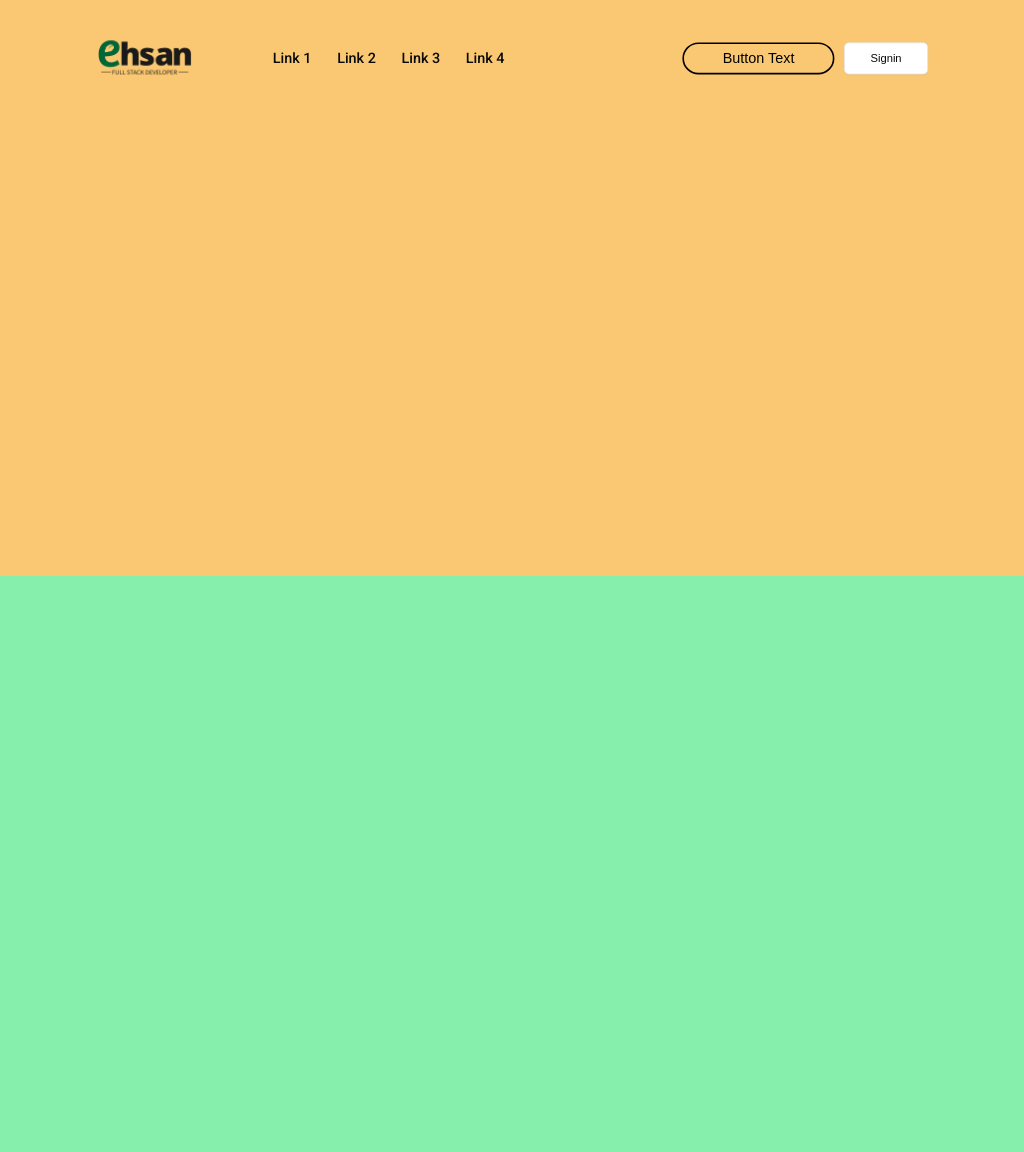
Repository: FrontendProjectsNL/mijn-portfolio-project
Page: /exercise
These files come from the project's save history. The page is drawn as it stood at one moment and after the next save; the edit follows.
The browser window is 1280 px wide. The pictures show the whole page, at 80% of full size.
The project was rebuilt for these pictures with package versions that can differ from the ones it lists, and the page was loaded fresh each time. The framework's server and built-in components were replaced by stand-ins that run in the browser. Also part of the build but not shown: next.config.mjs.

Above is the page before, as saved 2024-10-25 13:02:25.

### app/layout.tsx
import type { Metadata } from 'next';
import localFont from 'next/font/local';

import { Roboto, Fira_Code, HelveticaNowDisplay } from 'next/font/google';

import './globals.css';

const geistSans = localFont({
  src: './fonts/GeistVF.woff',
  variable: '--font-geist-sans',
  weight: '100 900',
});
const geistMono = localFont({
  src: './fonts/GeistMonoVF.woff',
  variable: '--font-geist-mono',
  weight: '100 900',
});

const roboto = Roboto({
  subsets: ['latin'],
  weight: ['300', '400', '500', '700'],
  variable: '--font-roboto',
});

const firaCode = Fira_Code({
  subsets: ['latin'],
  weight: ['300', '400', '500', '700'],
  variable: '--font-fira-code',
});

export const metadata: Metadata = {
  title: 'Create Next App',
  description: 'Generated by create next app',
};

export default function RootLayout({
  children,
}: Readonly<{
  children: React.ReactNode;
}>) {
  return (
    <html lang="en">
      <body
        className={`${roboto.variable} ${firaCode.variable} ${geistSans.variable} ${geistMono.variable} antialiased`}
      >
        {children}
      </body>
    </html>
  );
}

### app/exercise/page.tsx
'use client';

import Image from 'next/image';
import Link from 'next/link';
import { useEffect, useState } from 'react';
import logo from '/public/EhsanLogo-transparent.png';
import { Button } from '@/components/ui/button';

interface PageProps {}

const Page: React.FC<PageProps> = () => {
  const [isShrunk, setIsShrunk] = useState<boolean>(false);

  useEffect(() => {
    const handleScroll = () => {
      if (window.scrollY > 70) {
        setIsShrunk(true);
      } else {
        setIsShrunk(false);
      }
    };

    window.addEventListener('scroll', handleScroll);

    return () => {
      window.removeEventListener('scroll', handleScroll);
    };
  }, []);

  return (
    // <div className="max-w-8xl w-full font-roboto mx-auto">
    <div className="">
      <nav
        className={`px-14 fixed transition-all duration-300 ease-linear bg-[#FAC872] flex justify-between items-center ${
          isShrunk
            ? 'h-[75px] w-[60%] rounded-3xl mx-auto top-5'
            : 'h-[90px] w-[90%] opacity-100 top-7'
        }`}
        style={{
          left: '50%',
          transform: 'translateX(-50%)', // Center horizontally
        }}
      >
        <div className="flex items-center ">
          <Link href={'/'} className="font-medium text-lg mr-20">
            <Image src={logo} width={125} height={50} />
          </Link>
          <ul className="flex">
            <li>
              <Link
                href=""
                className="px-4 py-2 cursor text-lg font-medium font-roboto"
              >
                Link 1
              </Link>
            </li>
            <li>
              <Link
                href=""
                className="px-4 py-2 cursor text-lg font-medium font-roboto"
              >
                Link 2
              </Link>
            </li>
            <li>
              <Link
                href=""
                className="px-4 py-2 cursor text-lg font-medium font-roboto"
              >
                Link 3
              </Link>
            </li>
            <li>
              <Link
                href=""
                className="px-4 py-2 cursor text-lg font-medium font-roboto"
              >
                Link 4
              </Link>
            </li>
          </ul>
        </div>
        <div className="flex gap-3">
          <button className="group relative inline-flex items-center overflow-hidden rounded-full border-2 border-black px-12  text-lg font-medium text-black hover:bg-gray-50 hover:text-white">
            <span className="duration-400 ease absolute left-0 top-1/2 block h-0 w-full bg-fuchsia-800 opacity-100 transition-all group-hover:top-0 group-hover:h-full"></span>
            <span className="ease absolute right-0 flex h-10 w-10 translate-x-full transform items-center justify-start duration-500 group-hover:-translate-x-2">
              <svg
                className="h-5 w-5"
                fill="none"
                stroke="currentColor"
                viewBox="0 0 24 24"
                xmlns="http://www.w3.org/2000/svg"
              >
                <path
                  stroke-linecap="round"
                  stroke-linejoin="round"
                  stroke-width="2"
                  d="M14 5l7 7m0 0l-7 7m7-7H3"
                ></path>
              </svg>
            </span>
            <span className="relative transform duration-700 group-hover:-translate-x-3">
              Button Text
            </span>
          </button>

          <Button size={'lg'} variant={'outline'}>
            Signin
          </Button>
        </div>
      </nav>

      <section className="w-full h-screen bg-[#FAC872]"></section>
      <section className="w-full h-screen bg-green-300"></section>
    </div>
  );
};

export default Page;

### app/globals.css
@tailwind base;
@tailwind components;
@tailwind utilities;

body {
  font-family: Arial, Helvetica, sans-serif;
}

@layer utilities {
  .text-balance {
    text-wrap: balance;
  }
}

@layer base {
  :root {
    --background: 0 0% 100%;
    --foreground: 0 0% 3.9%;
    --card: 0 0% 100%;
    --card-foreground: 0 0% 3.9%;
    --popover: 0 0% 100%;
    --popover-foreground: 0 0% 3.9%;
    --primary: 0 0% 9%;
    --primary-foreground: 0 0% 98%;
    --secondary: 0 0% 96.1%;
    --secondary-foreground: 0 0% 9%;
    --muted: 0 0% 96.1%;
    --muted-foreground: 0 0% 45.1%;
    --accent: 0 0% 96.1%;
    --accent-foreground: 0 0% 9%;
    --destructive: 0 84.2% 60.2%;
    --destructive-foreground: 0 0% 98%;
    --border: 0 0% 89.8%;
    --input: 0 0% 89.8%;
    --ring: 0 0% 3.9%;
    --chart-1: 12 76% 61%;
    --chart-2: 173 58% 39%;
    --chart-3: 197 37% 24%;
    --chart-4: 43 74% 66%;
    --chart-5: 27 87% 67%;
    --radius: 0.5rem;
  }
  .dark {
    --background: 0 0% 3.9%;
    --foreground: 0 0% 98%;
    --card: 0 0% 3.9%;
    --card-foreground: 0 0% 98%;
    --popover: 0 0% 3.9%;
    --popover-foreground: 0 0% 98%;
    --primary: 0 0% 98%;
    --primary-foreground: 0 0% 9%;
    --secondary: 0 0% 14.9%;
    --secondary-foreground: 0 0% 98%;
    --muted: 0 0% 14.9%;
    --muted-foreground: 0 0% 63.9%;
    --accent: 0 0% 14.9%;
    --accent-foreground: 0 0% 98%;
    --destructive: 0 62.8% 30.6%;
    --destructive-foreground: 0 0% 98%;
    --border: 0 0% 14.9%;
    --input: 0 0% 14.9%;
    --ring: 0 0% 83.1%;
    --chart-1: 220 70% 50%;
    --chart-2: 160 60% 45%;
    --chart-3: 30 80% 55%;
    --chart-4: 280 65% 60%;
    --chart-5: 340 75% 55%;
  }
}

@layer base {
  * {
    @apply border-border;
  }
  body {
    @apply bg-background text-foreground;
  }
}

@keyframes fill-up {
  0% {
    background-position: 0 100%;
  }
  100% {
    background-position: 0 0;
  }
}

### components/ui/button.tsx
import * as React from "react"
import { Slot } from "@radix-ui/react-slot"
import { cva, type VariantProps } from "class-variance-authority"

import { cn } from "@/lib/utils"

const buttonVariants = cva(
  "inline-flex items-center justify-center gap-2 whitespace-nowrap rounded-md text-sm font-medium transition-colors focus-visible:outline-none focus-visible:ring-1 focus-visible:ring-ring disabled:pointer-events-none disabled:opacity-50 [&_svg]:pointer-events-none [&_svg]:size-4 [&_svg]:shrink-0",
  {
    variants: {
      variant: {
        default:
          "bg-primary text-primary-foreground shadow hover:bg-primary/90",
        destructive:
          "bg-destructive text-destructive-foreground shadow-sm hover:bg-destructive/90",
        outline:
          "border border-input bg-background shadow-sm hover:bg-accent hover:text-accent-foreground",
        secondary:
          "bg-secondary text-secondary-foreground shadow-sm hover:bg-secondary/80",
        ghost: "hover:bg-accent hover:text-accent-foreground",
        link: "text-primary underline-offset-4 hover:underline",
      },
      size: {
        default: "h-9 px-4 py-2",
        sm: "h-8 rounded-md px-3 text-xs",
        lg: "h-10 rounded-md px-8",
        icon: "h-9 w-9",
      },
    },
    defaultVariants: {
      variant: "default",
      size: "default",
    },
  }
)

export interface ButtonProps
  extends React.ButtonHTMLAttributes<HTMLButtonElement>,
    VariantProps<typeof buttonVariants> {
  asChild?: boolean
}

const Button = React.forwardRef<HTMLButtonElement, ButtonProps>(
  ({ className, variant, size, asChild = false, ...props }, ref) => {
    const Comp = asChild ? Slot : "button"
    return (
      <Comp
        className={cn(buttonVariants({ variant, size, className }))}
        ref={ref}
        {...props}
      />
    )
  }
)
Button.displayName = "Button"

export { Button, buttonVariants }

### tailwind.config.ts
import { Roboto } from 'next/font/google';
import type { Config } from 'tailwindcss';

const config: Config = {
  darkMode: ['class'],
  content: [
    './pages/**/*.{js,ts,jsx,tsx,mdx}',
    './components/**/*.{js,ts,jsx,tsx,mdx}',
    './app/**/*.{js,ts,jsx,tsx,mdx}',
  ],

  theme: {
    extend: {
      // You can define custom animations here
      // keyframes: {
      //   slideKeyframe: {
      //     '0%': { transform: 'translateX(0)' },
      //     '100%': { transform: 'translateX(100%)' },
      //   },
      // },
      // animation: {
      //   slideAnimation: 'slideKeyframe 0.5s ease-in-out',
      // },
      fontFamily: {
        roboto: ['var(--font-roboto)', 'sans-serif'],
        firaCode: ['var(--font-fira-code)', 'monospace'],
      },
      colors: {
        background: 'hsl(var(--background))',
        foreground: 'hsl(var(--foreground))',
        card: {
          DEFAULT: 'hsl(var(--card))',
          foreground: 'hsl(var(--card-foreground))',
        },
        popover: {
          DEFAULT: 'hsl(var(--popover))',
          foreground: 'hsl(var(--popover-foreground))',
        },
        primary: {
          DEFAULT: 'hsl(var(--primary))',
          foreground: 'hsl(var(--primary-foreground))',
        },
        secondary: {
          DEFAULT: 'hsl(var(--secondary))',
          foreground: 'hsl(var(--secondary-foreground))',
        },
        muted: {
          DEFAULT: 'hsl(var(--muted))',
          foreground: 'hsl(var(--muted-foreground))',
        },
        accent: {
          DEFAULT: 'hsl(var(--accent))',
          foreground: 'hsl(var(--accent-foreground))',
        },
        destructive: {
          DEFAULT: 'hsl(var(--destructive))',
          foreground: 'hsl(var(--destructive-foreground))',
        },
        border: 'hsl(var(--border))',
        input: 'hsl(var(--input))',
        ring: 'hsl(var(--ring))',
        chart: {
          '1': 'hsl(var(--chart-1))',
          '2': 'hsl(var(--chart-2))',
          '3': 'hsl(var(--chart-3))',
          '4': 'hsl(var(--chart-4))',
          '5': 'hsl(var(--chart-5))',
        },
      },
      borderRadius: {
        lg: 'var(--radius)',
        md: 'calc(var(--radius) - 2px)',
        sm: 'calc(var(--radius) - 4px)',
      },
    },
  },
  plugins: [require('tailwindcss-animate')],
};
export default config;

Loaded but not shown: lib/utils.ts (common file)

After the next save:
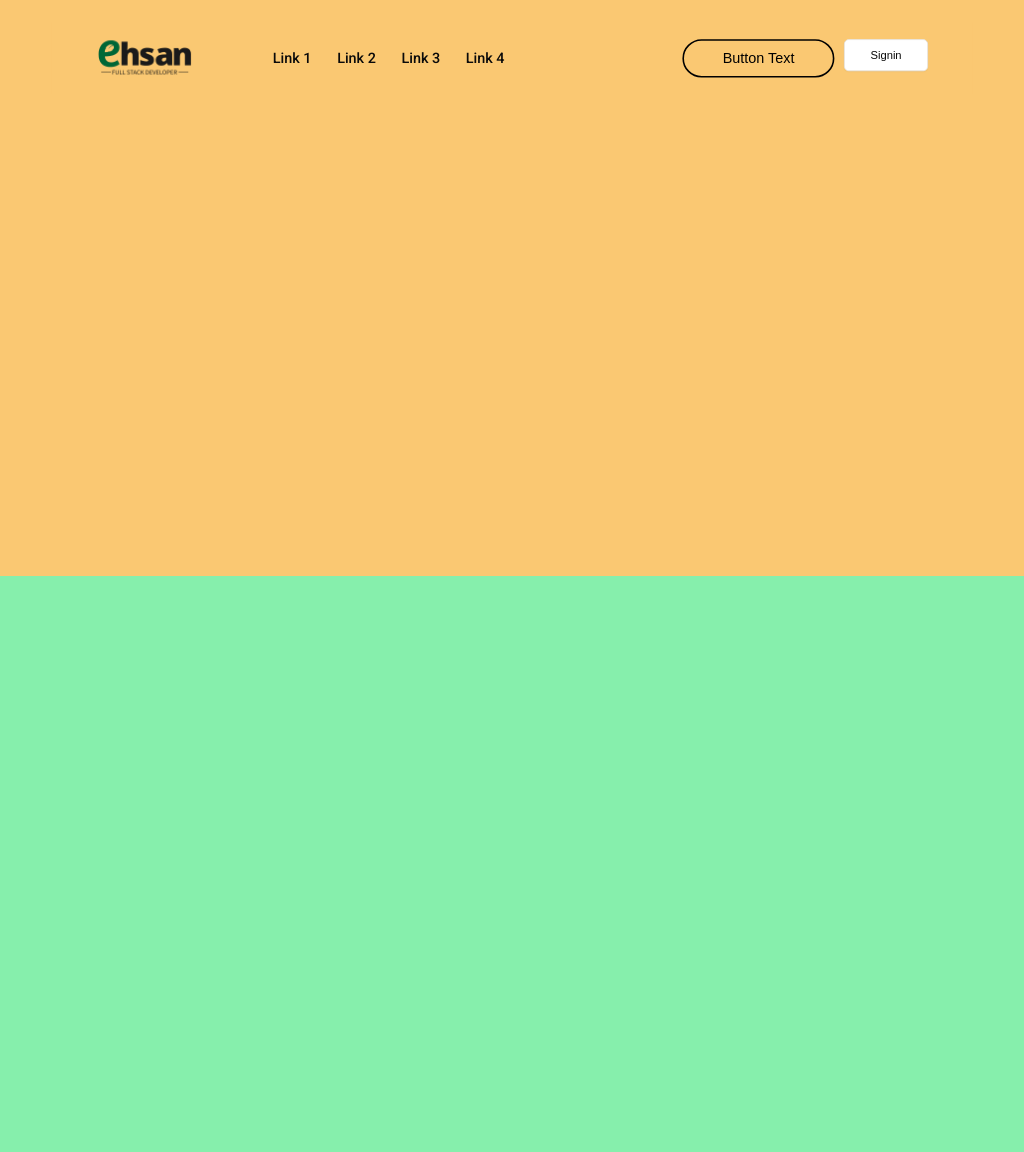
Saved 15 s later.
--- a/app/exercise/page.tsx
+++ b/app/exercise/page.tsx
@@ -81,7 +81,7 @@ const Page: React.FC<PageProps> = () => {
           </ul>
         </div>
         <div className="flex gap-3">
-          <button className="group relative inline-flex items-center overflow-hidden rounded-full border-2 border-black px-12  text-lg font-medium text-black hover:bg-gray-50 hover:text-white">
+          <button className="group relative inline-flex items-center overflow-hidden rounded-full border-2 border-black px-12 py-2 text-lg font-medium text-black hover:bg-gray-50 hover:text-white">
             <span className="duration-400 ease absolute left-0 top-1/2 block h-0 w-full bg-fuchsia-800 opacity-100 transition-all group-hover:top-0 group-hover:h-full"></span>
             <span className="ease absolute right-0 flex h-10 w-10 translate-x-full transform items-center justify-start duration-500 group-hover:-translate-x-2">
               <svg
